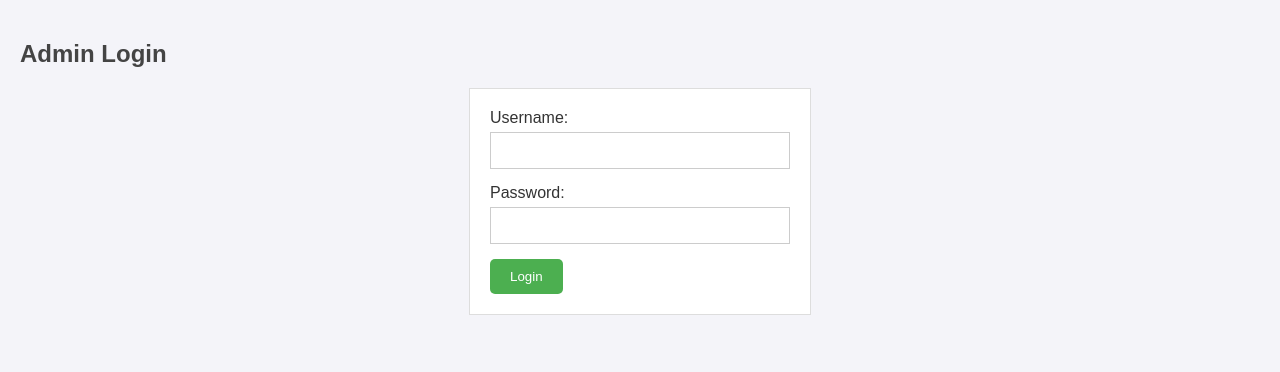
Repository: GauraVPandeyyy/Final-Neuro-dentica
Page: http://localhost/login.php
An editor plug-in stored every save of this project. The page is shown before and after a run of saves, followed by the edit.
The browser window is 1280 px wide. The pictures show the whole page.
The page is run by PHP 8.4 with error messages shown; the project is at /var/www/html/.

Above is the page before, as saved 2024-11-10 07:45:22.

After the next 3 saves:
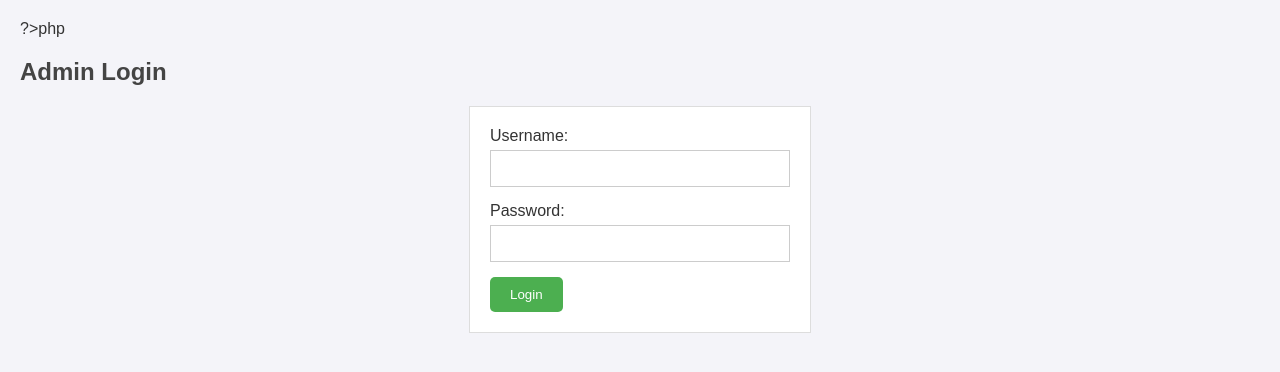
The 3 saves are shown as one change because they came seconds apart.
The last was saved 16 s later.
--- a/admin/login.php
+++ b/admin/login.php
@@ -1,4 +1,4 @@
-
+?>php
 <!DOCTYPE html>
 <html lang="en">
 <head>
